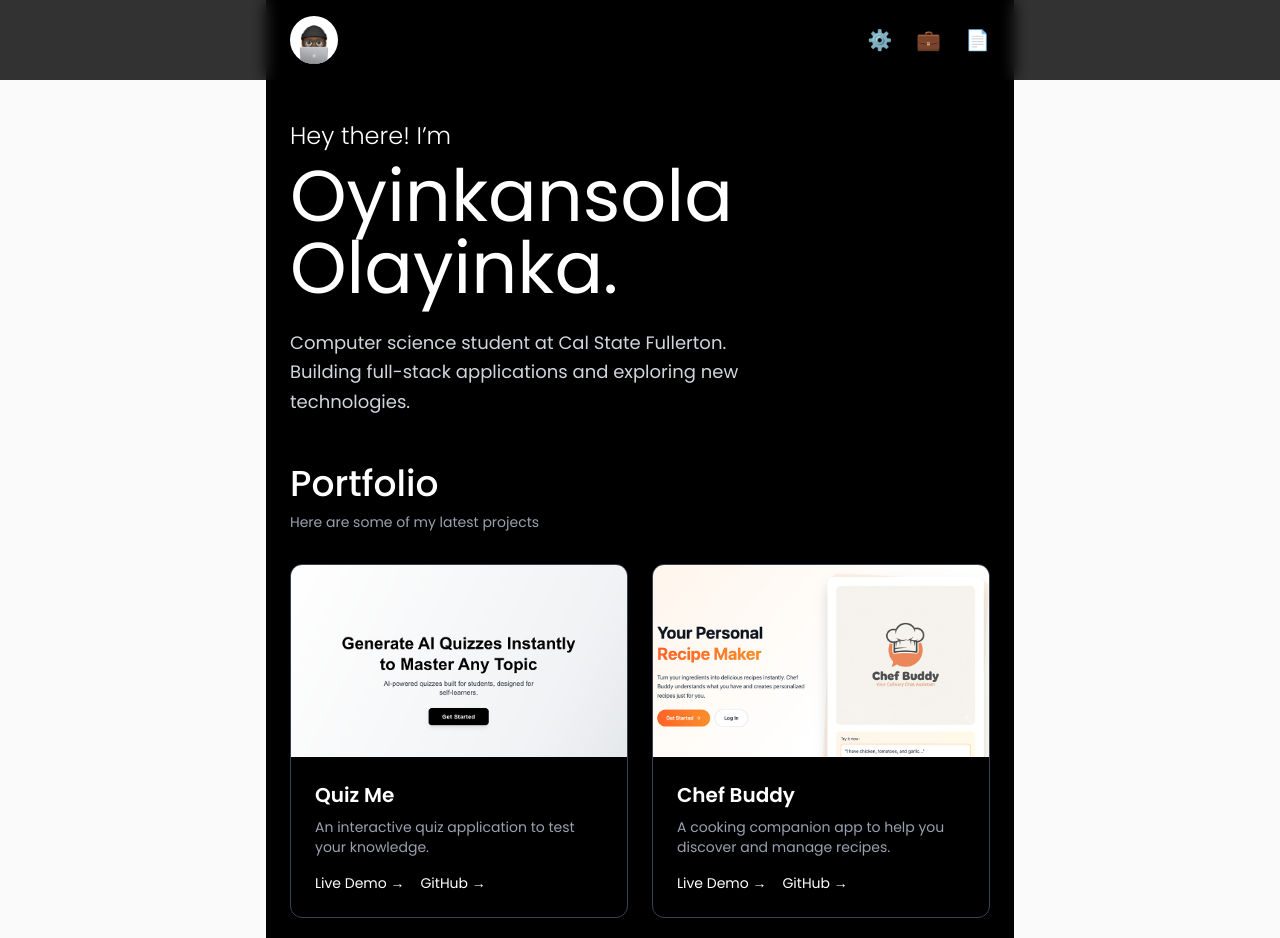
Repository: olasores/olasores-portfolio
Page: /
The author's editor kept a copy of each file at every save. The page is drawn from the files as they stood at one save, then again after the next save.
The browser window is 1280 px wide. The pictures show the whole page.
The project was rebuilt for these pictures with package versions that can differ from the ones it lists, and the page was loaded fresh each time. The framework's server and built-in components were replaced by stand-ins that run in the browser. Also part of the build but not shown: next.config.ts.

Above is the page before, as saved 2025-11-11 13:12:29.

### app/layout.tsx
import type { Metadata } from "next";
import { Poppins } from "next/font/google";
import "./globals.css";
import Navbar from "./components/Navbar";

const poppins = Poppins({
  variable: "--font-poppins",
  weight: ["300", "400", "500", "600", "700"],
  subsets: ["latin"],
});

export const metadata: Metadata = {
  title: "Oyinkansola Olayinka | Portfolio",
  description: "Computer science student at Cal State Fullerton. Full-stack developer building intuitive applications.",
  icons: {
    icon: "/assets/olaimg2.webp",
  },
};

export default function RootLayout({
  children,
}: Readonly<{
  children: React.ReactNode;
}>) {
  return (
    <html lang="en">
      <body
        className={`${poppins.variable} antialiased`}
      >
        <Navbar />
        {children}
      </body>
    </html>
  );
}

### app/page.tsx
import HomeSection from "./components/HomeSection";

export default function Home() {
  return (

    <div className="flex min-h-screen items-center justify-center bg-zinc-50 font-sans dark:bg-black top-20">
      <HomeSection />

    </div>
  );
}

### app/globals.css
@import "tailwindcss";

* {
  font-family: 'Poppins', sans-serif;
}

:root {
  --background: #ffffff;
  --foreground: #171717;
}

@media (prefers-color-scheme: dark) {
  :root {
    --background: #0a0a0a;
    --foreground: #ededed;
  }
}

body {
  background: var(--background);
  color: var(--foreground);
}

### app/components/Navbar.tsx
export default function Navbar() {
    return (
        <nav className="fixed top-0 left-0 right-0 bg-black/80 backdrop-blur-sm px-6 py-4 z-50 flex justify-center">
            <div className="max-w-[700px] w-full flex items-center justify-between">
                {/* Logo */}
                <div className="relative w-12 h-12 rounded-full bg-white overflow-hidden flex items-center justify-center">
                    <img
                        src="/assets/olaimg2.webp"
                        alt="Oyinkansola Olayinka Logo"
                        className="w-full h-full object-cover"
                    />
                </div>

                {/* Links - Icons Only */}
                <div className="flex gap-6 text-white text-xl">
                    <a
                        href="https://github.com"
                        target="_blank"
                        rel="noopener noreferrer"
                        className="hover:text-gray-400 transition"
                        title="GitHub"
                    >
                        ⚙️
                    </a>
                    <a
                        href="https://linkedin.com"
                        target="_blank"
                        rel="noopener noreferrer"
                        className="hover:text-gray-400 transition"
                        title="LinkedIn"
                    >
                        💼
                    </a>
                    <a
                        href="#"
                        className="hover:text-gray-400 transition"
                        title="Resume"
                    >
                        📄
                    </a>
                </div>
            </div>
        </nav>
    );
}

### app/components/HomeSection.tsx
import Portfolio from "./Portfolio";
export default function HomeSection() {
    return (
        <div className="flex min-h-screen justify-center bg-black font-sans dark:bg-black px-6 py-5 pt-10 md:pt-30">
            <div className="max-w-[700px] w-full flex flex-col gap-12">
                {/* Text content */}
                <div className="flex flex-col gap-6 items-center md:items-start">
                    <div>
                        <h2 className="text-xl md:text-2xl font-light text-white mb-2">
                            Hey there! I&rsquo;m
                        </h2>
                        <h1 className="text-5xl md:text-7xl  text-white">
                            Oyinkansola Olayinka.
                        </h1>
                    </div>

                                        <p className="text-base md:text-lg text-gray-300 leading-relaxed max-w-lg">
                        Computer science student at Cal State Fullerton. Building full-stack applications and exploring new technologies.
                    </p>

                    {/* Links */}
                    {/* <div className="flex gap-6 text-lg md:text-xl text-white">
                        <a href="#" className="hover:text-gray-400 transition">
                            Github ↗
                        </a>
                        <a href="#" className="hover:text-gray-400 transition">
                            linkedin ↗
                        </a>
                        <a href="#" className="hover:text-gray-400 transition">
                            Resume ↗
                        </a>
                    </div> */}

                </div>
                <Portfolio />

            </div>
        </div>
    );
}

### app/components/Portfolio.tsx
export default function Portfolio() {
    return (
        <div className="flex justify-center bg-black font-sans dark:bg-black ">
            <div className="max-w-[700px] w-full flex flex-col gap-8">
                {/* Section Title */}
                <div>
                    <h2 className="text-3xl md:text-4xl font-medium text-white mb-2">
                        Portfolio
                    </h2>
                    <p className="text-gray-400 text-sm">
                        Here are some of my latest projects
                    </p>
                </div>

                {/* Projects Grid */}
                <div className="grid grid-cols-1 md:grid-cols-2 gap-6">
                    {/* Quiz Me Project */}
                    <div className="border border-gray-700 rounded-xl overflow-hidden hover:border-gray-500 transition flex flex-col">
                        {/* Project Image */}
                        <div className="w-full h-48 bg-gray-800 overflow-hidden">
                            <img
                                src="/assets/quizzy.png"
                                alt="Quiz Me Project"
                                className="w-full h-full object-cover"
                            />
                        </div>

                        {/* Project Details */}
                        <div className="p-6 flex flex-col gap-4 flex-1">
                            <div>
                                <h3 className="text-xl font-semibold text-white mb-2">
                                    Quiz Me
                                </h3>
                                <p className="text-gray-400 text-sm">
                                    An interactive quiz application to test your knowledge.
                                </p>
                            </div>

                            {/* Links */}
                            <div className="flex gap-4 text-sm mt-auto">
                                <a
                                    href="https://quiz-me-sandy.vercel.app/"
                                    target="_blank"
                                    rel="noopener noreferrer"
                                    className="text-white hover:text-gray-300 transition"
                                >
                                    Live Demo →
                                </a>
                                <a
                                    href="#"
                                    className="text-white hover:text-gray-300 transition"
                                >
                                    GitHub →
                                </a>
                            </div>
                        </div>
                    </div>

                    {/* Project Card 2 - Chef Buddy */}
                    <div className="border border-gray-700 rounded-xl overflow-hidden hover:border-gray-500 transition flex flex-col">
                        {/* Project Image */}
                        <div className="w-full h-48 bg-gray-800 overflow-hidden">
                            <img
                                src="/assets/chef.png"
                                alt="Chef Buddy Project"
                                className="w-full h-full object-cover"
                            />
                        </div>

                        {/* Project Details */}
                        <div className="p-6 flex flex-col gap-4 flex-1">
                            <div>
                                <h3 className="text-xl font-semibold text-white mb-2">
                                    Chef Buddy
                                </h3>
                                <p className="text-gray-400 text-sm">
                                    A cooking companion app to help you discover and manage recipes.
                                </p>
                            </div>

                            {/* Links */}
                            <div className="flex gap-4 text-sm mt-auto">
                                <a
                                    href="https://chef-buddy-rouge.vercel.app/"
                                    target="_blank"
                                    rel="noopener noreferrer"
                                    className="text-white hover:text-gray-300 transition"
                                >
                                    Live Demo →
                                </a>
                                <a
                                    href="#"
                                    className="text-white hover:text-gray-300 transition"
                                >
                                    GitHub →
                                </a>
                            </div>
                        </div>
                    </div>
                </div>
            </div>
        </div>
    );
}

After the next save:
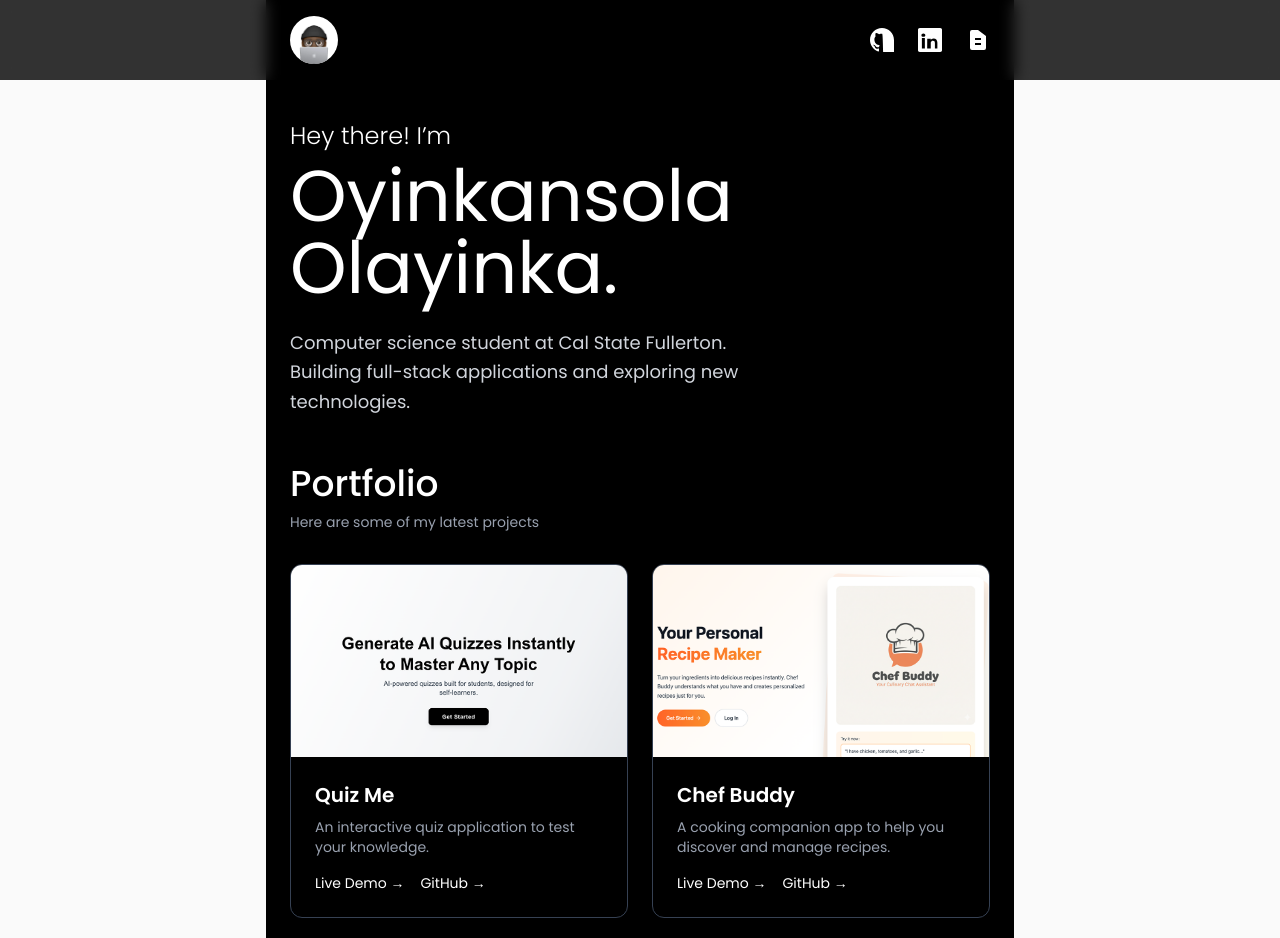
Saved 45 s later.
--- a/app/components/Navbar.tsx
+++ b/app/components/Navbar.tsx
@@ -11,32 +11,45 @@ export default function Navbar() {
                     />
                 </div>
 
-                {/* Links - Icons Only */}
-                <div className="flex gap-6 text-white text-xl">
+                {/* Links - Social Media Icons */}
+                <div className="flex gap-6">
+                    {/* GitHub Icon */}
                     <a
                         href="https://github.com"
                         target="_blank"
                         rel="noopener noreferrer"
-                        className="hover:text-gray-400 transition"
+                        className="hover:opacity-70 transition"
                         title="GitHub"
                     >
-                        ⚙️
+                        <svg className="w-6 h-6 fill-white" viewBox="0 0 24 24">
+                            <path d="M12 0C5.37 0 0 5.37 0 12c0 5.31 3.435 9.795 8.205 11.385.6.105.825-.255.825-.57 0-.285-.015-1.23-.015-2.235-3.015.555-3.795-.735-4.035-1.41-.135-.345-.72-1.41-1.23-1.695-.42-.225-1.02-.78-.015-.795.945-.015 1.62.87 1.845 1.23 1.08 1.815 2.805 1.305 3.495.99.105-.78.42-1.305.765-1.605-2.67-.3-5.46-1.335-5.46-5.925 0-1.305.465-2.385 1.23-3.225-.12-.3-.54-1.53.12-3.18 0 0 1.005-.315 3.3 1.23.96-.27 1.98-.405 3-.405s2.04.135 3 405c2.295-1.56 3.3-1.23 3.3-1.23.66 1.65.24 2.88.12 3.18.765.84 1.23 1.905 1.23 3.225 0 4.605-2.805 5.625-5.475 5.925.435.375.81 1.095.81 2.22 0 1.605-.015 2.895-.015 3.3 0 .315.225.69.825.57A12.007 12.007 0 0024 12c0-6.63-5.37-12-12-12z" />
+                        </svg>
                     </a>
+
+                    {/* LinkedIn Icon */}
                     <a
                         href="https://linkedin.com"
                         target="_blank"
                         rel="noopener noreferrer"
-                        className="hover:text-gray-400 transition"
+                        className="hover:opacity-70 transition"
                         title="LinkedIn"
                     >
-                        💼
+                        <svg className="w-6 h-6 fill-white" viewBox="0 0 24 24">
+                            <path d="M20.447 20.452h-3.554v-5.569c0-1.328-.475-2.236-1.986-2.236-1.081 0-1.722.722-2.004 1.418-.103.249-.129.597-.129.946v5.441h-3.554s.049-8.814 0-9.752h3.554v1.375c.427-.659 1.191-1.592 2.897-1.592 2.117 0 3.704 1.385 3.704 4.362v5.607zM5.337 8.855c-1.144 0-1.915-.761-1.915-1.715 0-.955.77-1.715 1.967-1.715 1.144 0 1.914.76 1.939 1.715 0 .954-.795 1.715-1.991 1.715zm1.541 11.597H3.879V9.949h2.999v10.503zM22.224 0H1.771C.792 0 0 .774 0 1.729v20.542C0 23.227.792 24 1.771 24h20.451C23.2 24 24 23.227 24 22.271V1.729C24 .774 23.2 0 22.224 0z" />
+                        </svg>
                     </a>
+
+                    {/* Resume/Document Icon */}
                     <a
                         href="#"
-                        className="hover:text-gray-400 transition"
+                        className="hover:opacity-70 transition"
                         title="Resume"
                     >
-                        📄
+                        <svg className="w-6 h-6 fill-white" viewBox="0 0 24 24">
+                            <path d="M14 2H6a2 2 0 0 0-2 2v16a2 2 0 0 0 2 2h12a2 2 0 0 0 2-2V8l-8-6z" />
+                            <line x1="9" y1="11" x2="15" y2="11" stroke="black" strokeWidth="2" />
+                            <line x1="9" y1="16" x2="15" y2="16" stroke="black" strokeWidth="2" />
+                        </svg>
                     </a>
                 </div>
             </div>
